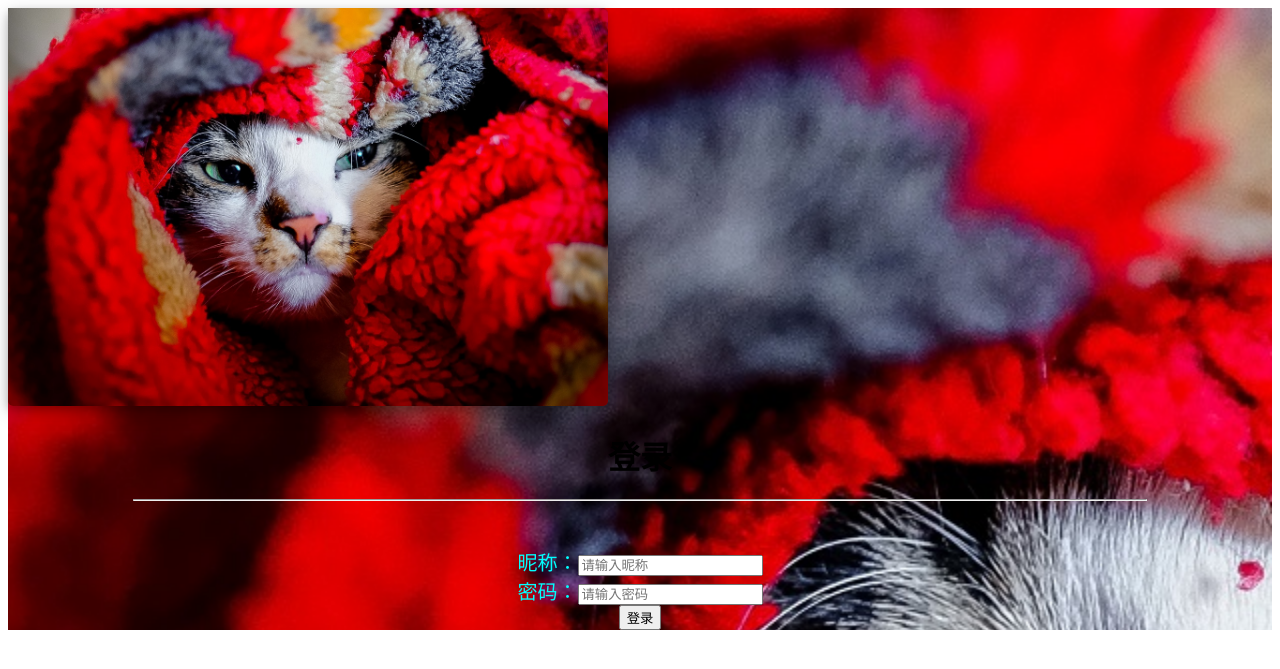
Repository: JuniorProjectTraining/free
Page: http://localhost/emss/login.jsp
An editor plug-in stored every save of this project. The page is shown before and after the next save, followed by the edit.
The browser window is 1280 px wide. The pictures show the whole page.
The page is served by Tomcat 9.

Above is the page before, as saved 2019-12-25 05:27:40.

After the next save:
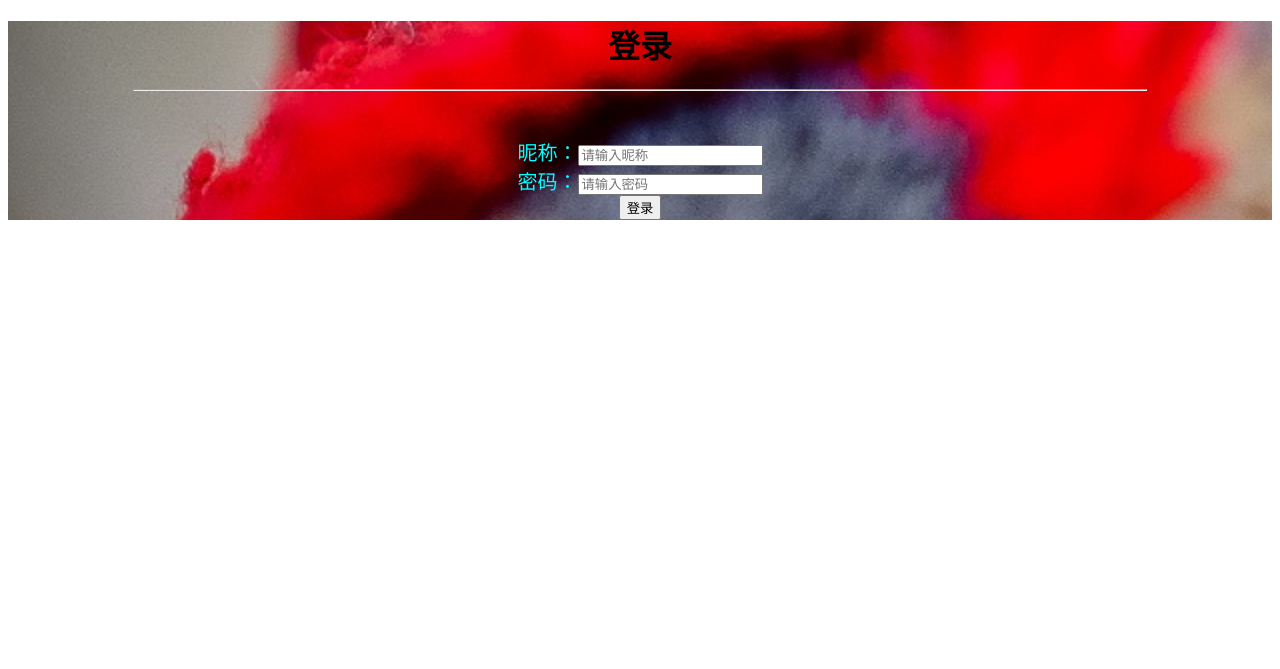
Saved 90 s later.
--- a/emss/src/main/webapp/login.jsp
+++ b/emss/src/main/webapp/login.jsp
@@ -15,17 +15,6 @@
 color:cyan;
 }
 
-#n {
-box-shadow: 0 4px 8px 0 rgba(0, 0, 0, 0.2), 0 6px 20px 0 rgba(0, 0, 0, 0.19);
-max-width: 600px;
-height: auto;
-border-radius: 32px;
-text-align: center;
-border-radius: 5px;
-cursor: pointer;
-transition: 0.3s;
-        }
-
 #beijing {
         background-image: url(./image/parallex.jpg);
         background-size: auto 1700px;
@@ -36,7 +25,6 @@
 </head>
 <body>
 <div id = "beijing">
-<img id="n" src= "./image/parallex.jpg">
 <h1 Style = "text-align:center;">登录</h1>
 <hr width = "80%">
 
